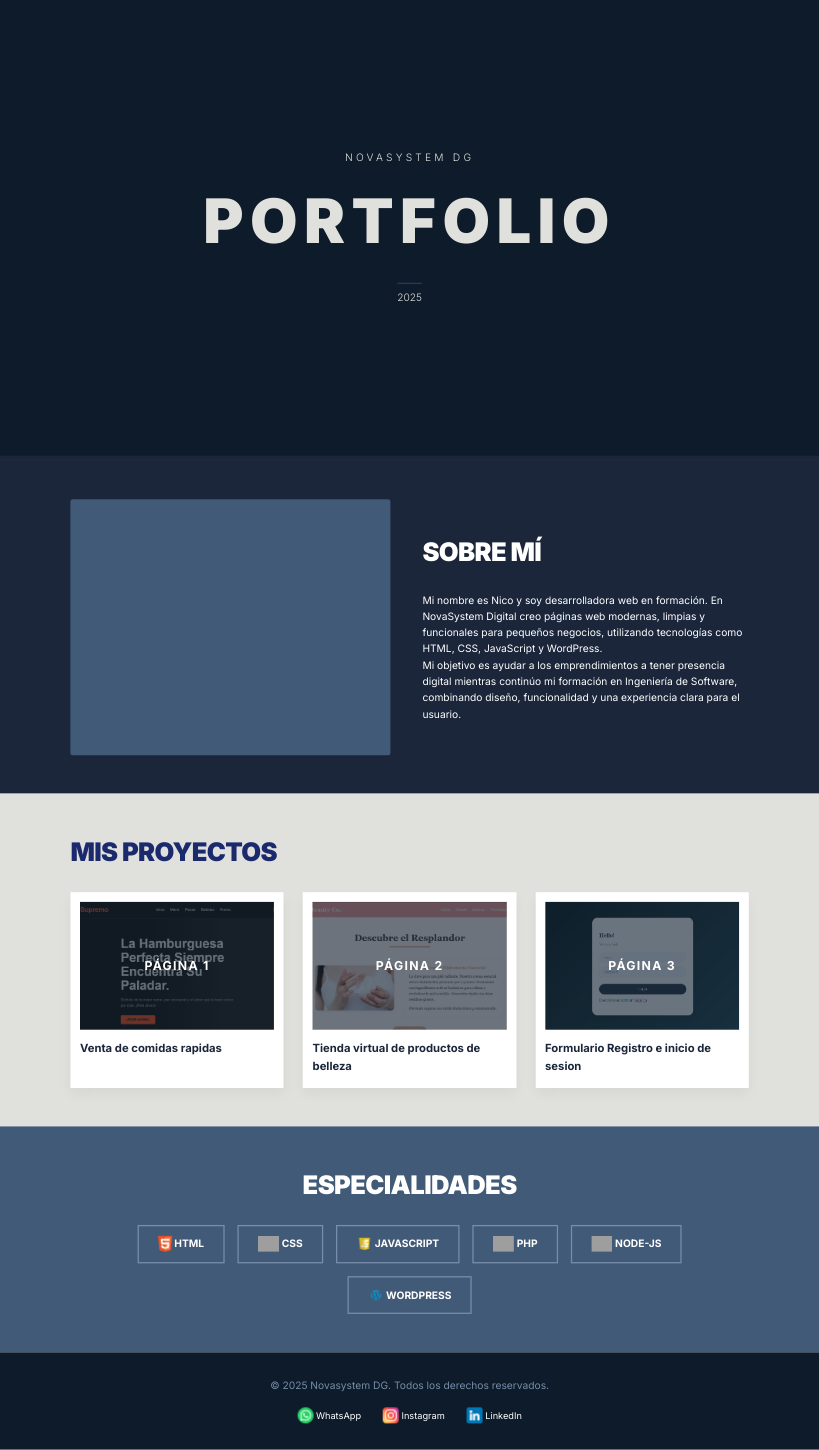
Repository: NovaSystem-DG/Portafolio
Page: index.html
The author's editor kept a copy of each file at every save. The page is drawn from the files as they stood at one save, then again after a run of saves.
The browser window is 1280 px wide. The pictures show the whole page, at 64% of full size.
Pictures or frames that could not be fetched are drawn as grey boxes.

Above is the page before, as saved 2026-01-09 18:40:04.

### index.html
<!DOCTYPE html>
<html lang="es">

<head>
    <meta charset="UTF-8">
    <meta name="viewport" content="width=device-width, initial-scale=1.0">
    <title>Novasystem DG | Portafolio</title>
    <link rel="stylesheet" href="style.css">
    <link href="https://fonts.googleapis.com/css2?family=Inter:wght@300;400;700;900&display=swap" rel="stylesheet">
</head>

<body>

    <header class="hero-section">
        <div class="header-content">
            <span class="company-name">NOVASYSTEM DG</span>
            <h1>PORTFOLIO</h1>
            <div class="year-range">2025</div>
        </div>
    </header>

    <section class="about-section">
        <div class="container about-flex">
            <div class="photo-placeholder">
                 <!-- <img src="assets/img/logo.jpeg" alt="Vista previa proyecto 1" class="E-img"> -->
            </div>
            <div class="about-text">
                <h2>SOBRE MÍ</h2>
                <p>Mi nombre es Nico y soy desarrolladora web en formación.
                    En NovaSystem Digital creo páginas web modernas, limpias y funcionales para pequeños negocios,
                    utilizando tecnologías como HTML, CSS, JavaScript y WordPress.
                    <br>
                    Mi objetivo es ayudar a los emprendimientos a tener presencia digital mientras continúo mi formación
                    en Ingeniería de Software, combinando diseño, funcionalidad y una experiencia clara para el usuario.
                </p>
            </div>
        </div>
    </section>

    <section class="projects-section">
        <div class="container">
            <h2>MIS PROYECTOS</h2>
            <div class="projects-grid">
                <div class="projects-grid">
                    <a href="https://novasystem-dg.github.io/Restaurante-web/" class="project-card" target="_blank">
                        <div class="project-img-container">
                            <img src="assets/img/Comida.png" alt="Vista previa proyecto 1" class="project-img">
                            <div class="project-overlay">
                                <span>Página 1</span>
                            </div>
                        </div>
                        <h3>Venta de comidas rapidas</h3>
                    </a>

                    <a href="https://novasystem-dg.github.io/tienda-online/" class="project-card" target="_blank">
                        <div class="project-img-container">
                            <img src="assets/img/Belleza.png" alt="Vista previa proyecto 2" class="project-img">
                            <div class="project-overlay">
                                <span>Página 2</span>
                            </div>
                        </div>
                        <h3>Tienda virtual de productos de belleza</h3>
                    </a>

                    <a href="http://formulario-basico.free.nf/?i=1" class="project-card" target="_blank">
                        <div class="project-img-container">
                            <img src="assets/img/Login.png" alt="Vista previa proyecto 3" class="project-img">
                            <div class="project-overlay">
                                <span>Página 3</span>
                            </div>
                        </div>
                        <h3>Formulario Registro e inicio de sesion</h3>
                    </a>
                </div>
            </div>
        </div>
    </section>

    <section class="skills-section">
        <div class="container">
            <h2>ESPECIALIDADES</h2>
            <div class="skills-list">

                <div class="skill-item">
                    <img id="Icon" src="assets/icon/HTML.png" alt="HTML5">
                    <span>HTML</span>
                </div>

                <div class="skill-item">
                    <img id="Icon" src="assets/icon/CSS.png" alt="CSS3">
                    <span>CSS</span>
                </div>

                <div class="skill-item">
                    <img id="Icon" src="assets/icon/JS.png" alt="JavaScript">
                    <span>JAVASCRIPT</span>
                </div>

                <div class="skill-item">
                    <img id="Icon1" src="assets/icon/PHP.png" alt="PHP">
                    <span>PHP</span>
                </div>

                <div class="skill-item">
                    <img id="Icon" src="assets/icon/NODEJS.png" alt="JavaScript">
                    <span>NODE-JS</span>
                </div>

                <div class="skill-item">
                    <img id="Icon" src="assets/icon/WP.png" alt="JavaScript">
                    <span>WORDPRESS</span>
                </div>





            </div>
        </div>
    </section>

    <footer class="main-footer">
    <p>&copy; 2025 Novasystem DG. Todos los derechos reservados.</p>

    <div class="social-links">
        <a href="https://wa.me/3137079734" class="social-item" target="_blank">
            <img id="Icon" src="assets/icon/social.png" alt="WhatsApp">
            <span>WhatsApp</span>
        </a>

        <a href="https://www.instagram.com/novasystemdg?igsh=MW93NnByanByMHRpeA==" class="social-item" target="_blank">
            <img id="Icon" src="assets/icon/instagram.png" alt="Instagram">
            <span>Instagram</span>
        </a>

        <a href="https://www.linkedin.com/in/nichole-andrade-848a2a37b?utm_source=share&utm_campaign=share_via&utm_content=profile&utm_medium=android_app" class="social-item" target="_blank">
            <img id="Icon" src="assets/icon/linkedin.png" alt="LinkedIn">
            <span>LinkedIn</span>
        </a>
    </div>
</footer>
</body>

</html>

### style.css
/* Configuración General */
* {
    margin: 0;
    padding: 0;
    box-sizing: border-box;
    font-family: 'Inter', sans-serif;
}

body {
    background-color: #f0f4f8;
    color: #1a2a6c;
    line-height: 1.6;
}

.container {
    max-width: 1100px;
    margin: 0 auto;
    padding: 60px 20px;
}

h2 {
    font-size: 2.5rem;
    font-weight: 900;
    margin-bottom: 30px;
    letter-spacing: -1px;
}

/* Sección 1: Hero Header (Azul Muy Oscuro) */
.hero-section {
    height: 100vh;
    background-color: #0d1b2a;
    color: #e0e1dd;
    display: flex;
    align-items: center;
    justify-content: center;
    text-align: center;
    border-bottom: 8px solid #1b263b;
}

.company-name {
    font-weight: 300;
    letter-spacing: 5px;
    display: block;
    margin-bottom: 10px;
}

.hero-section h1 {
    font-size: 6rem;
    font-weight: 900;
    letter-spacing: 10px;
    margin: 0;
}

.year-range {
    margin-top: 20px;
    font-weight: 300;
    border-top: 1px solid #415a77;
    padding-top: 10px;
    display: inline-block;
}

/* Sección 2: Sobre Mí (Azul Medio) */
.about-section {
    background-color: #1b263b;
    color: #ffffff;
}

.about-flex {
    display: flex;
    align-items: center;
    gap: 50px;
    flex-wrap: wrap;
}

.photo-placeholder {
    width: 500px;
    height: 400px;
    background-color: #415a77;
    display: flex;
    align-items: center;
    justify-content: center;
    border-radius: 4px;
    font-weight: bold;
    color: #778da9;
}

.about-text {
    flex: 1;
    min-width: 300px;
}

/* Sección 3: Proyectos (Azul Claro / Grisáceo) */
.projects-section {
    background-color: #e0e1dd;
}

.projects-grid {
    display: grid;
    grid-template-columns: repeat(auto-fit, minmax(280px, 1fr));
    gap: 30px;
}

/* Ajuste para que el enlace no tenga subrayado y use los colores correctos */
.project-card {
    text-decoration: none;
    color: inherit;
    display: block;
    background: #fff;
    padding: 15px;
    box-shadow: 0 10px 20px rgba(0,0,0,0.05);
    transition: transform 0.3s ease;
}

.project-card:hover {
    transform: translateY(-10px);
}

/* Contenedor de la imagen para poder poner texto encima */
.project-img-container {
    position: relative;
    width: 100%;
    height: 200px;
    overflow: hidden;
    margin-bottom: 15px;
    background-color: #778da9;
}

.project-img {
    width: 100%;
    height: 100%;
    object-fit: cover;
    display: block;
}

/* Capa oscura con el texto "Página X" */
.project-overlay {
    position: absolute;
    top: 0;
    left: 0;
    width: 100%;
    height: 100%;
    background: rgba(13, 27, 42, 0.6); /* Azul oscuro semitransparente */
    display: flex;
    align-items: center;
    justify-content: center;
    opacity: 1; /* Puedes ponerlo en 0 y cambiarlo a 1 en hover si quieres que aparezca solo al pasar el mouse */
    transition: background 0.3s ease;
}

.project-overlay span {
    color: white;
    font-weight: bold;
    font-size: 1.2rem;
    letter-spacing: 2px;
    text-transform: uppercase;
}

.project-card h3 {
    font-size: 1.1rem;
    margin: 5px 0;
    color: #1b263b;
}

/* Sección 4: Skills (Azul Eléctrico) */
.skills-section {
    background-color: #415a77;
    color: white;
    text-align: center;
}

.skills-list {
    display: flex;
    justify-content: center;
    gap: 20px;
    flex-wrap: wrap;
}

.skill-item {
    padding: 15px 30px;
    border: 2px solid #778da9;
    font-weight: bold;
    transition: 0.3s;
}

.skill-item:hover {
    background-color: #778da9;
}

/* Footer (Negro Azulado) */
.main-footer {
    background-color: #0d1b2a;
    color: #778da9;
    padding: 40px 20px;
    text-align: center;
}

.social-links {
    margin-top: 20px;
}

.social-links a {
    color: white;
    text-decoration: none;
    margin: 0 15px;
    font-size: 0.9rem;
}

#Icon{
    margin-bottom:-7px;
    height: 25px;
    width: auto;
}

#Icon1{
    margin-bottom: -7px;
    height: 25px;
    width: auto;
}

After the next 2 saves:
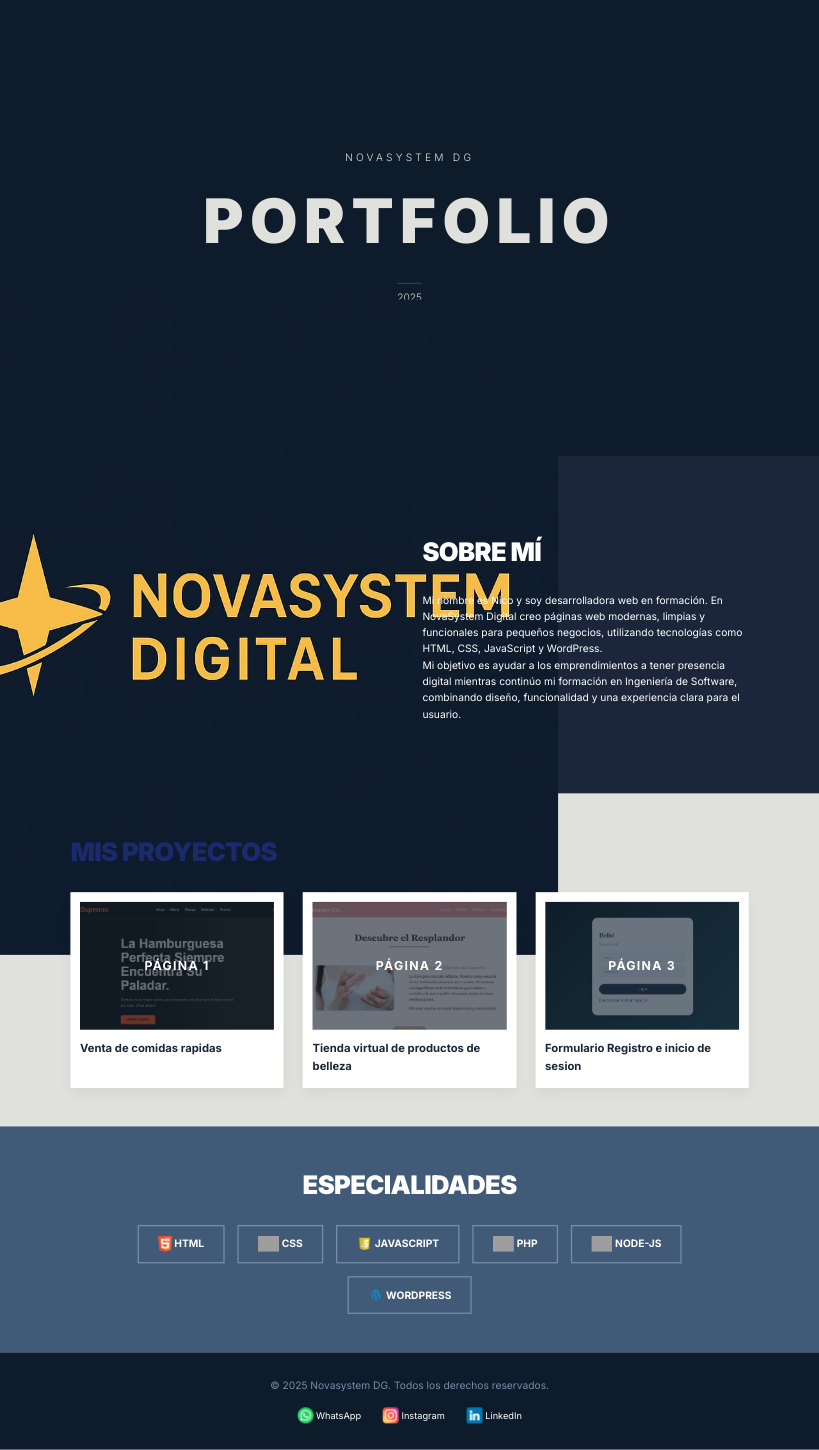
The 2 saves are shown as one change because they came seconds apart.
The last was saved 12 s later.
--- a/index.html
+++ b/index.html
@@ -22,7 +22,7 @@
     <section class="about-section">
         <div class="container about-flex">
             <div class="photo-placeholder">
-                 <!-- <img src="assets/img/logo.jpeg" alt="Vista previa proyecto 1" class="E-img"> -->
+                 <img src="assets/img/logo.jpeg" alt="Vista previa proyecto 1" class="E-img">
             </div>
             <div class="about-text">
                 <h2>SOBRE MÍ</h2>
